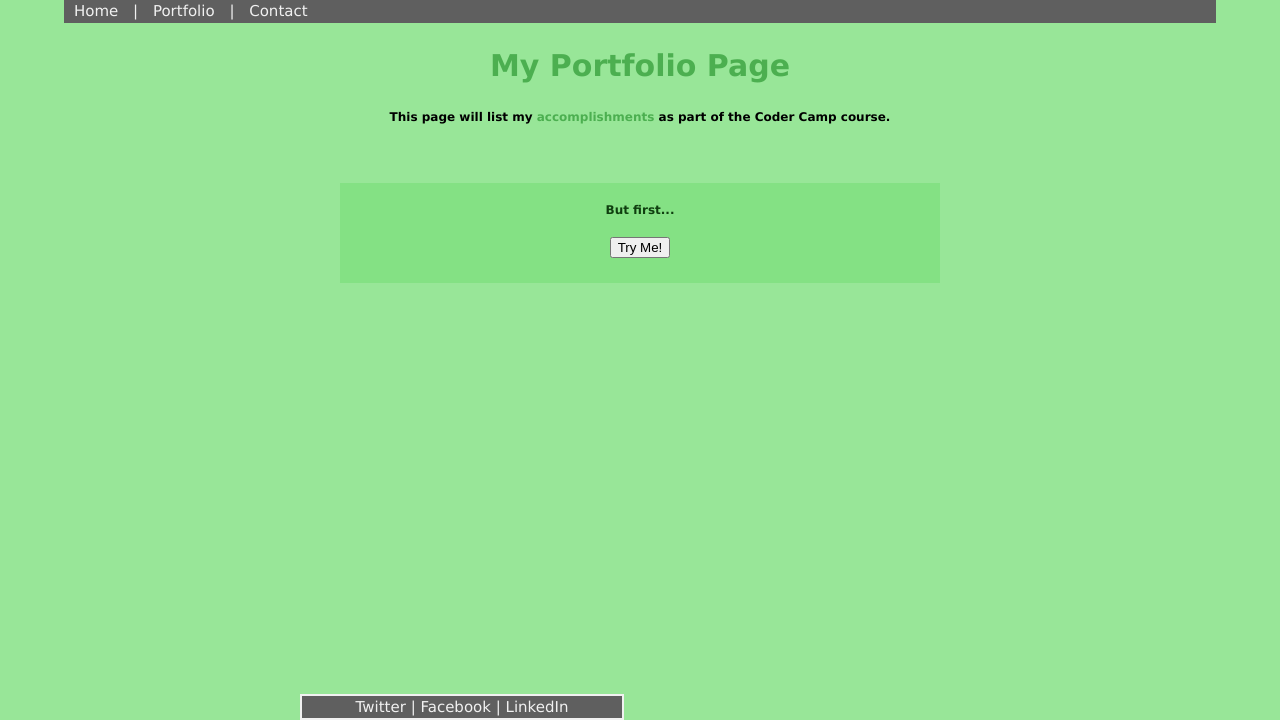
Repository: ischicagoisnotchicago/is-chicago
Page: http://localhost/CC_Personal_Website/portfolio.html
An editor plug-in stored every save of this project. The page is shown before and after the next save, followed by the edit.
The browser window is 1280 px wide. The pictures show the whole page.
The page is served by Tomcat 9.

Above is the page before, as saved 2017-05-25 23:14:30.

After the next save:
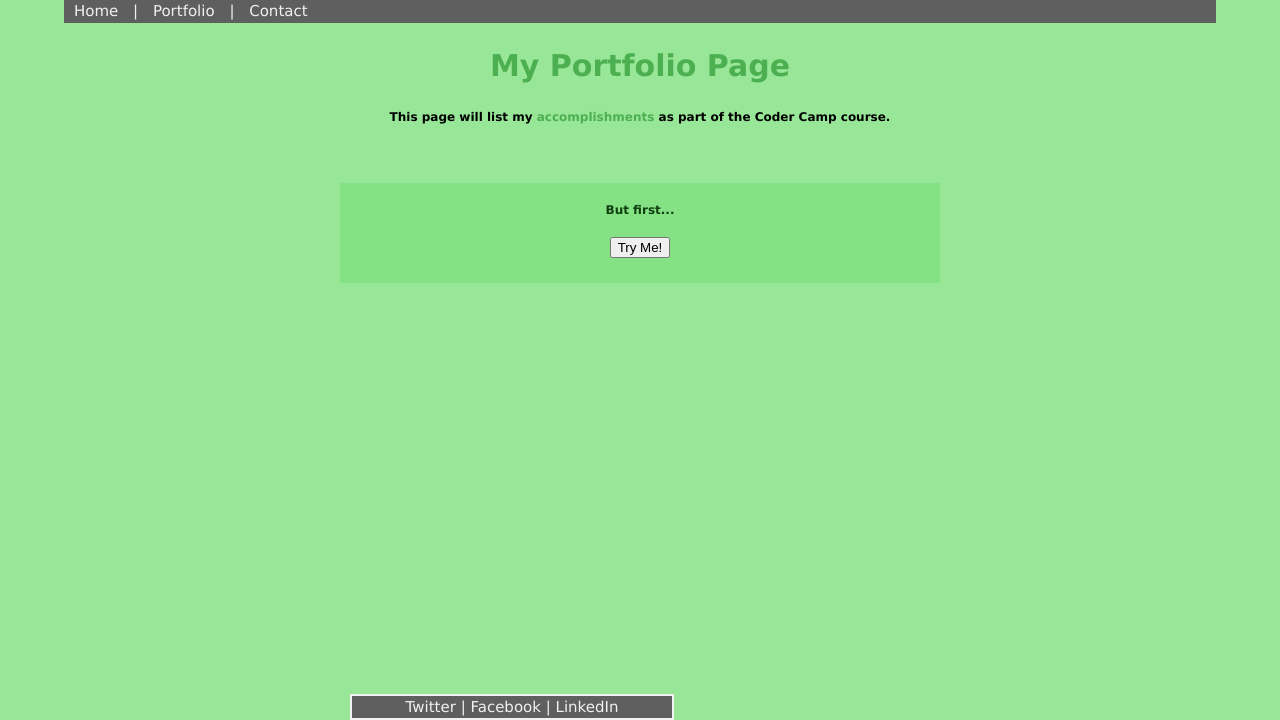
Saved 2 h 4 min later.
--- a/CC Personal Website/WebContent/style.css
+++ b/CC Personal Website/WebContent/style.css
@@ -223,7 +223,7 @@ dd {
 /* Required! Footer needs to be stuck to the bottom of the page. */
 footer {
   position: fixed;
-  left: 300px;
+  left: 350px;
   bottom: 0;
   width: 25%;
   color: #f1f1f1;
